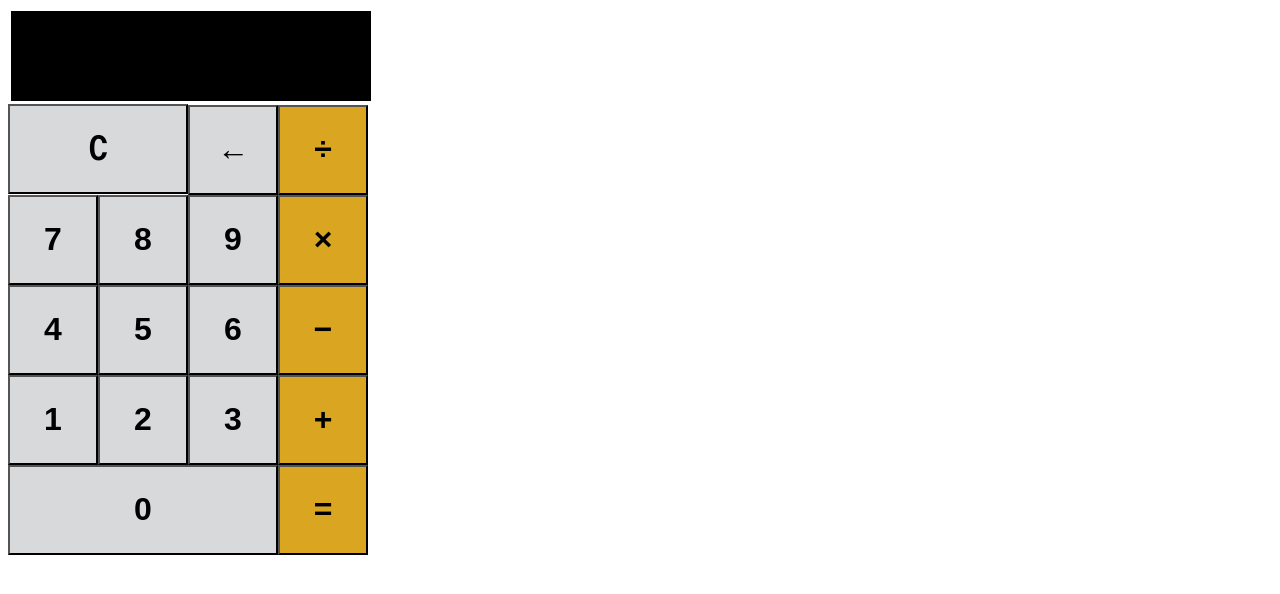
Repository: jontslater/LAB-calculator2
Page: index.html
These files come from the project's save history. The page is drawn as it stood at one moment and after the next save; the edit follows.
The browser window is 1280 px wide. The pictures show the whole page.

Above is the page before, as saved 2023-10-14 10:17:49.

### index.html
<!DOCTYPE html>
<html lang="en">
<head>
  <meta charset="UTF-8">
  <meta name="viewport" content="width=device-width, initial-scale=1.0">
  <title>calculator</title>
  <link rel="stylesheet" href="main.css">
  <script src="main.js"></script>
</head>

<body>
  <div class="container">

    <div class="box"></div>

    <table>
    <button class="symbols gray three">&#8705;</button>
    <button class="symbols gray">&#8592;</button>
    <button class="symbols orange">&#247;</button>
  </table>

  <table>
    <button class="bottonss gray">7</button>
    <button class="bottonss gray">8</button>
    <button class="bottonss gray">9</button>
    <button class="orange">&#215;</button>
  </table>

  <table>
    <button class="bottonss gray">4</button>
    <button class="bottonss gray">5</button>
    <button class="bottonss gray">6</button>
    <button class="orange">&#8722;</button>
  </table>

  <table>
    <button class="bottonss gray">1</button>
    <button class="bottonss gray">2</button>
    <button class="bottonss gray">3</button>
    <button class="orange">&#43;</button>
  </table>


  <table>
    <button class="bottonss gray twice">0</button>
    <button class="orange">&#61;</button>
  </table>

  </div>

</body>
</html>

### main.css
body{
  background-color: white;
}

.container{
  width: 400px;
  font-size: xx-large;
  font-weight: bold;
}



.buttonss{
  background-color: #d8d9db;
  height: 90px;
  width: 90px;
  font-size: xx-large;
  font-weight: bold;
}



.gray{
  background-color: #d8d9db;
  height: 90px;
  width: 90px;
  font-size: xx-large;
  font-weight: bold;
}

.twice{
  width: 270px;
  font-size: xx-large;
  font-weight: bold;
}

.three{
  width: 180px;
  font-size: xx-large;
  font-weight: bold;
}

.orange{
  background-color:goldenrod;
  height: 90px;
  width: 90px;
  font-size: xx-large;
  font-weight: bold;
}

.box{
  background-color: #000000;
  height: 90px;
  width: 360px;
  border-radius: 1px;
  border-color: white;
  border-style: solid;
  padding-bottom: 0%;
}

Loaded but not shown: main.js (no stored copy; drawn as an empty file)

After the next save:
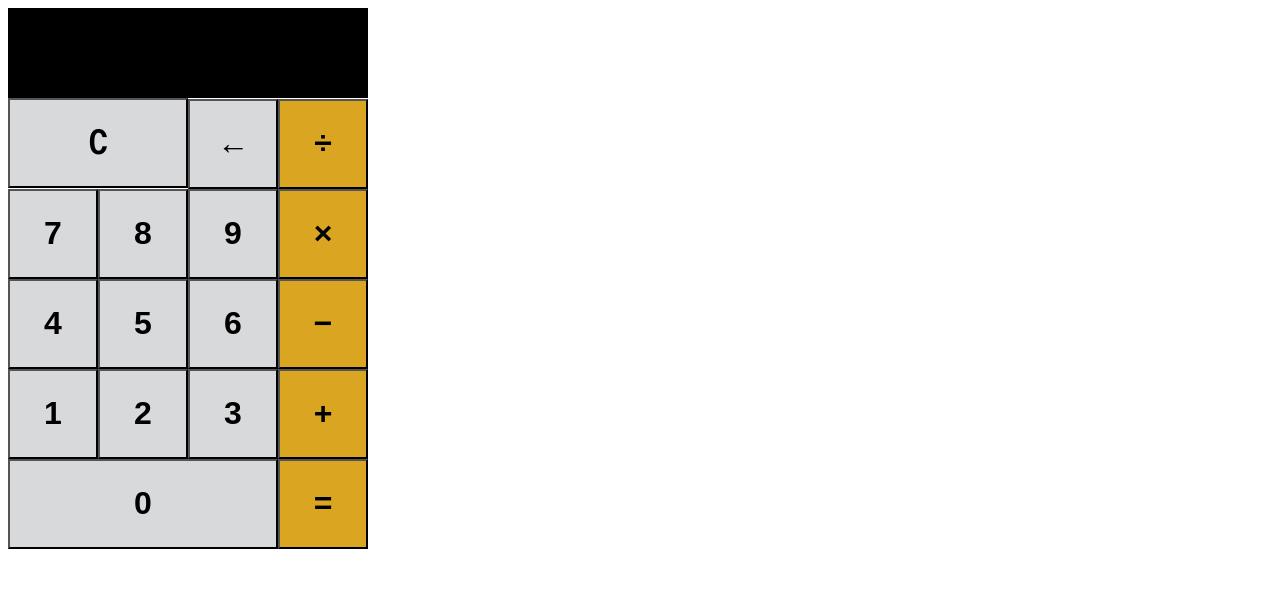
Saved 19 s later.
--- a/main.css
+++ b/main.css
@@ -52,8 +52,5 @@ body{
   background-color: #000000;
   height: 90px;
   width: 360px;
-  border-radius: 1px;
-  border-color: white;
-  border-style: solid;
   padding-bottom: 0%;
 }
